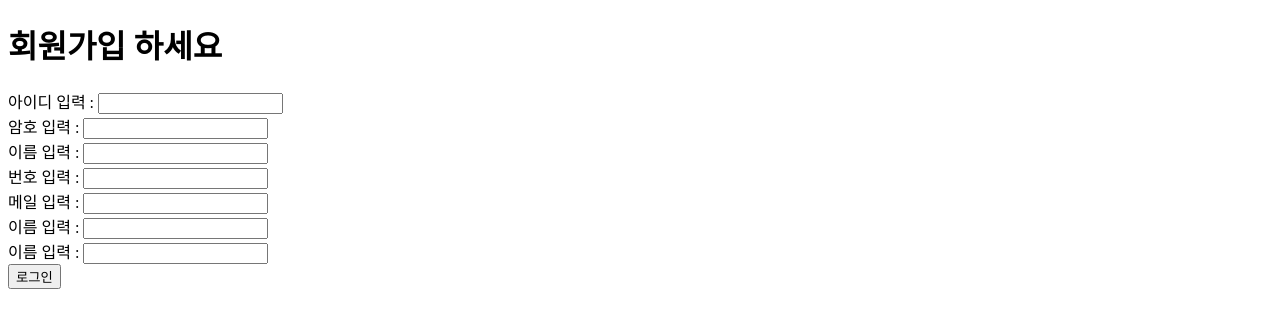
Repository: zwundzwzig/STARTERS
Page: workspace_webserver/servelettest/src/main/webapp/insert_db.html
These files come from the project's save history. The page is drawn as it stood at one moment and after the next save; the edit follows.
The browser window is 1280 px wide. The pictures show the whole page.

Above is the page before, as saved 2023-01-04 07:09:59.

### workspace_webserver/servelettest/src/main/webapp/insert_db.html
<!DOCTYPE html>
<html>
	<head>
		<meta charset="UTF-8">
		<title>Insert title here</title>
	</head>
	<body>
		<h1>회원가입 하세요</h1>
		<form action="/servelettest/signupdb" method="post">
			아이디 입력 : <input type="text" name="id" />
			<br />
			암호 입력 : <input type="password" name="pw" />
			<br />
			이름 입력 : <input type="text" name="name" />
			<br />
			번호 입력 : <input type="text" name="phone" />
			<br />
			메일 입력 : <input type="text" name="mail" />
			<br />
			이름 입력 : <input type="text" name="name" />
			<br />
			이름 입력 : <input type="text" name="name" />
			<br />
			<input type="submit" value="로그인" />
		</form>
	</body>
</html>

After the next save:
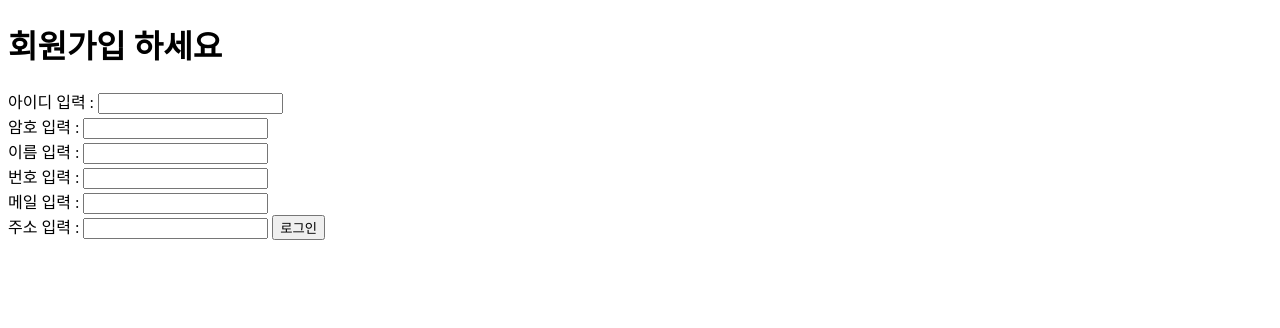
Saved 12 s later.
--- a/workspace_webserver/servelettest/src/main/webapp/insert_db.html
+++ b/workspace_webserver/servelettest/src/main/webapp/insert_db.html
@@ -17,10 +17,7 @@
 			<br />
 			메일 입력 : <input type="text" name="mail" />
 			<br />
-			이름 입력 : <input type="text" name="name" />
-			<br />
-			이름 입력 : <input type="text" name="name" />
-			<br />
+			주소 입력 : <input type="text" name="name" />
 			<input type="submit" value="로그인" />
 		</form>
 	</body>
